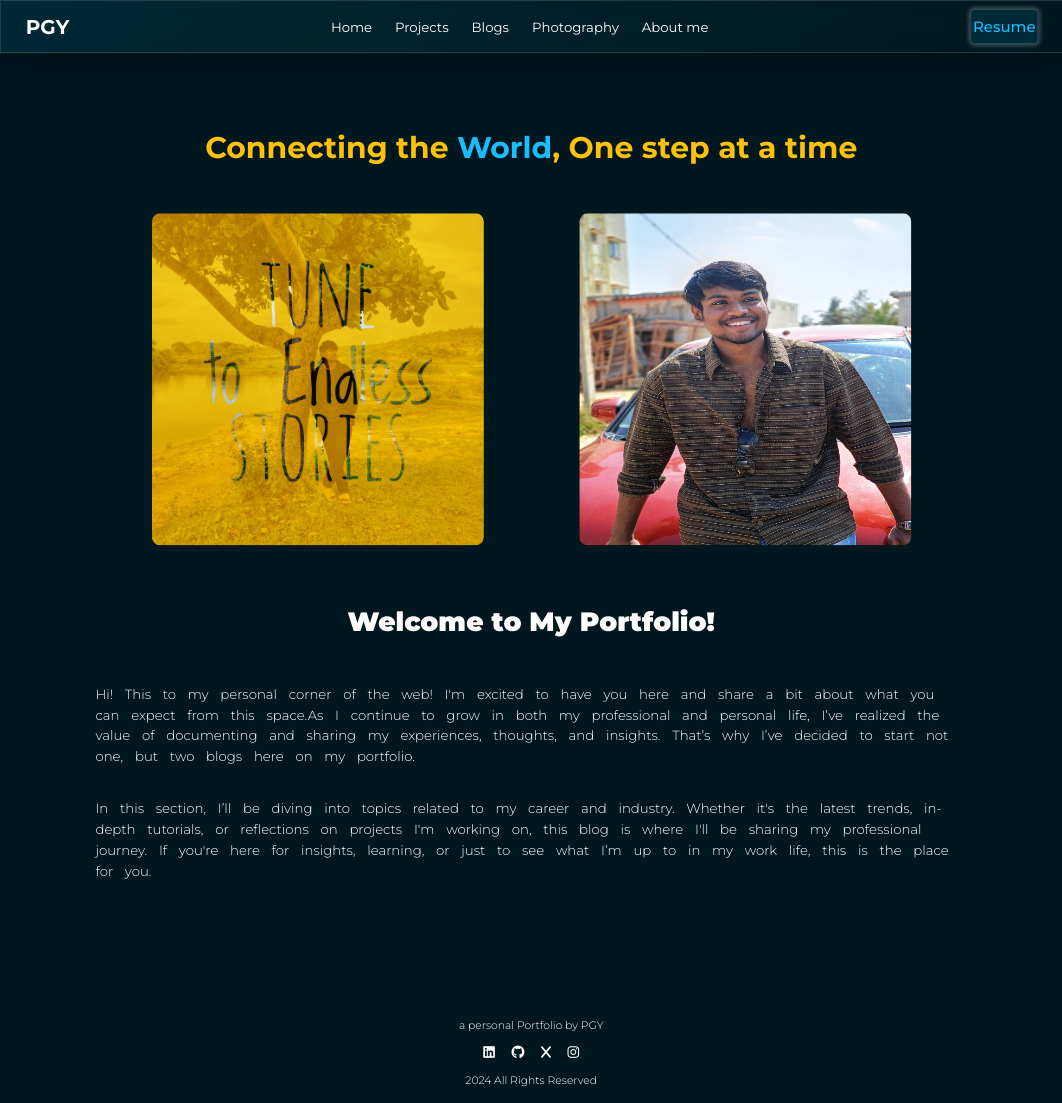
Repository: pgyunknown/pgyunknown
Page: blog.html
An editor plug-in stored every save of this project. The page is shown before and after the next save, followed by the edit.
The browser window is 1280 px wide. The pictures show the whole page, at 83% of full size.
Some web libraries are served in a nearby version.

Above is the page before, as saved 2024-08-14 20:59:59.

After the next save:
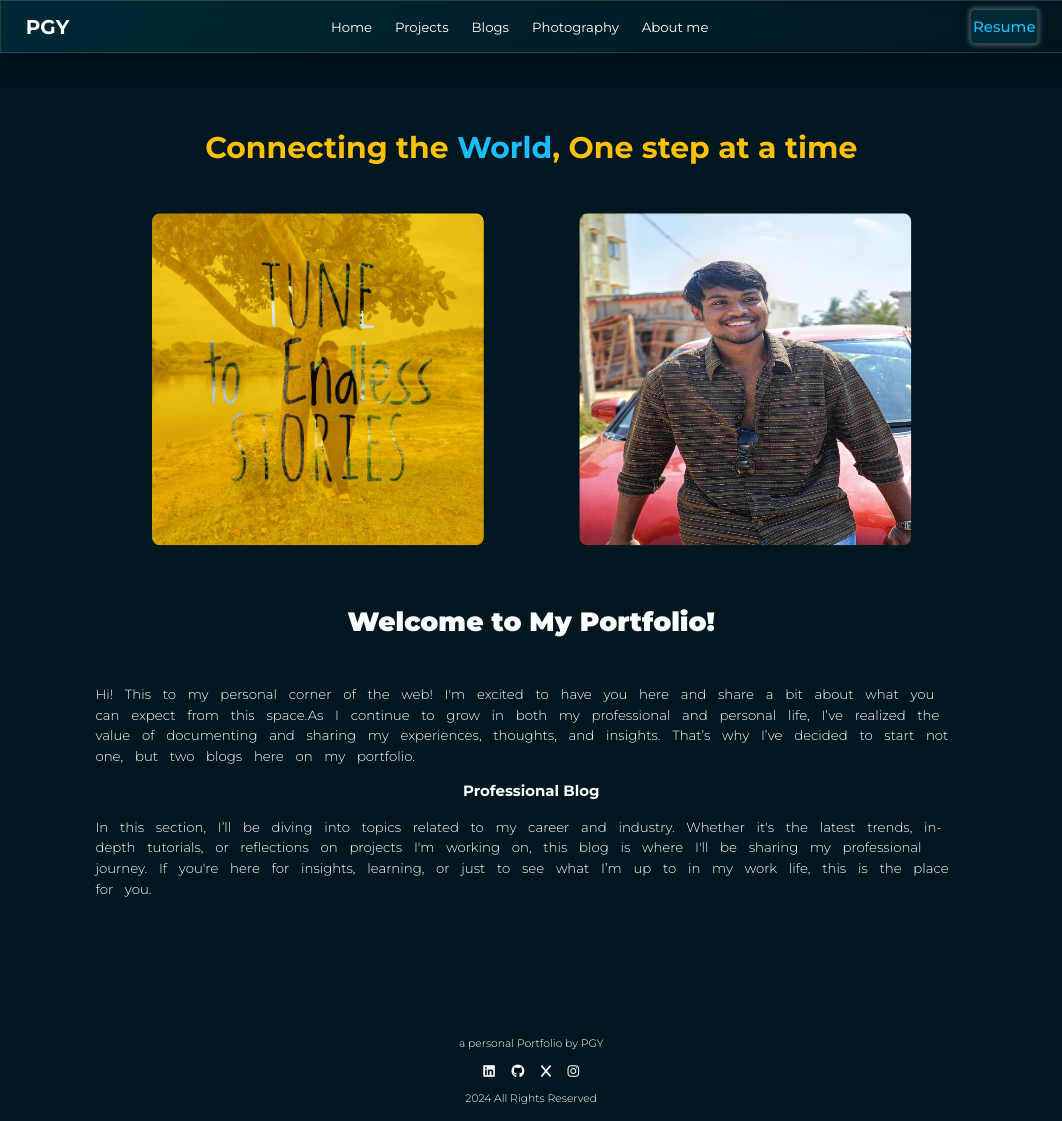
Saved 4 s later.
--- a/blog.html
+++ b/blog.html
@@ -38,7 +38,7 @@
         <article >
             <h1>Welcome to My Portfolio!</h1><br><br>
 <p>Hi! This to my personal corner of the web! I'm excited to have you here and share a bit about what you can expect from this space.As I continue to grow in both my professional and personal life, I’ve realized the value of documenting and sharing my experiences, thoughts, and insights. That’s why I’ve decided to start not one, but two blogs here on my portfolio.</p><br>
-<h3> </h3>
+<h3><b>Professional Blog</b> </h3>
 <p>In this section, I’ll be diving into topics related to my career and industry. Whether it's the latest trends, in-depth tutorials, or reflections on projects I'm working on, this blog is where I'll be sharing my professional journey. If you're here for insights, learning, or just to see what I’m up to in my work life, this is the place for you.</p>
         </article>
     </div>
